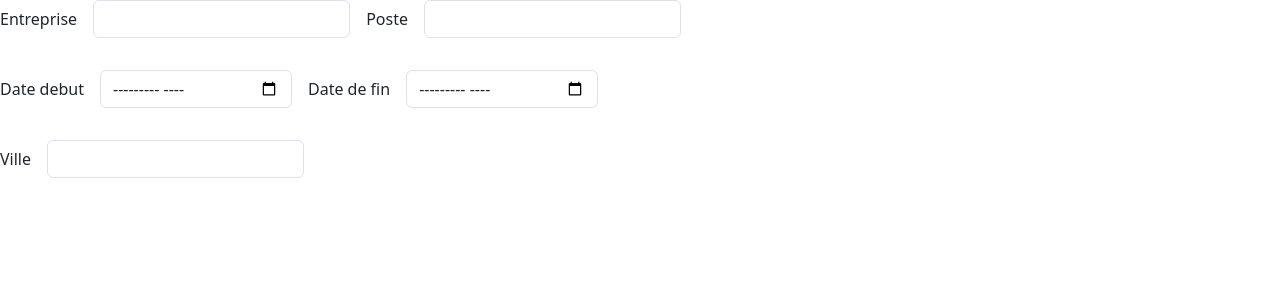
Repository: moAllElite/Examen-EJB-WEB-EAR
Page: http://localhost/SearchJobsWeb/views/exp_form_skills/addExp.jsp
The author's editor kept a copy of each file at every save. The page is drawn from the files as they stood at one save, then again after the next save.
The browser window is 1280 px wide. The page is 1288 px wide, then 1280 px, so the pictures cover 1288 px, including what lies to the right of the window. The pictures show the whole page.
The page is served by Tomcat 9. Nobody is signed in. The application's start-up code is not run.

Above is the page before, as saved 2023-03-25 22:25:58.

After the next save:
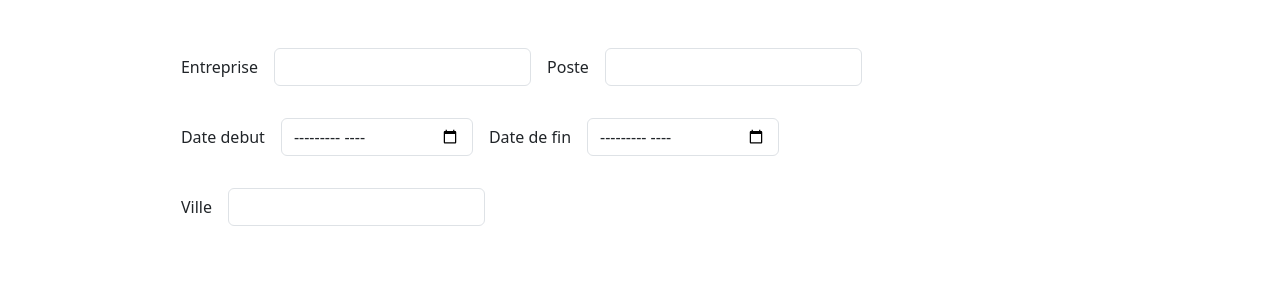
Saved 75 s later.
--- a/SearchJobsWeb/src/main/webapp/views/exp_form_skills/main.jsp
+++ b/SearchJobsWeb/src/main/webapp/views/exp_form_skills/main.jsp
@@ -8,7 +8,7 @@
 	 <link href="https://cdn.jsdelivr.net/npm/bootstrap@5.3.0-alpha1/dist/css/bootstrap.min.css" rel="stylesheet" integrity="sha384-GLhlTQ8iRABdZLl6O3oVMWSktQOp6b7In1Zl3/Jr59b6EGGoI1aFkw7cmDA6j6gD" crossorigin="anonymous">
 
 	</head>
-	<body>
+	<body class="d-flex justify-content-evenly mt-5">
 		<!-- Example Code -->
 
 	    <div class="row g-3 align-items-center">
